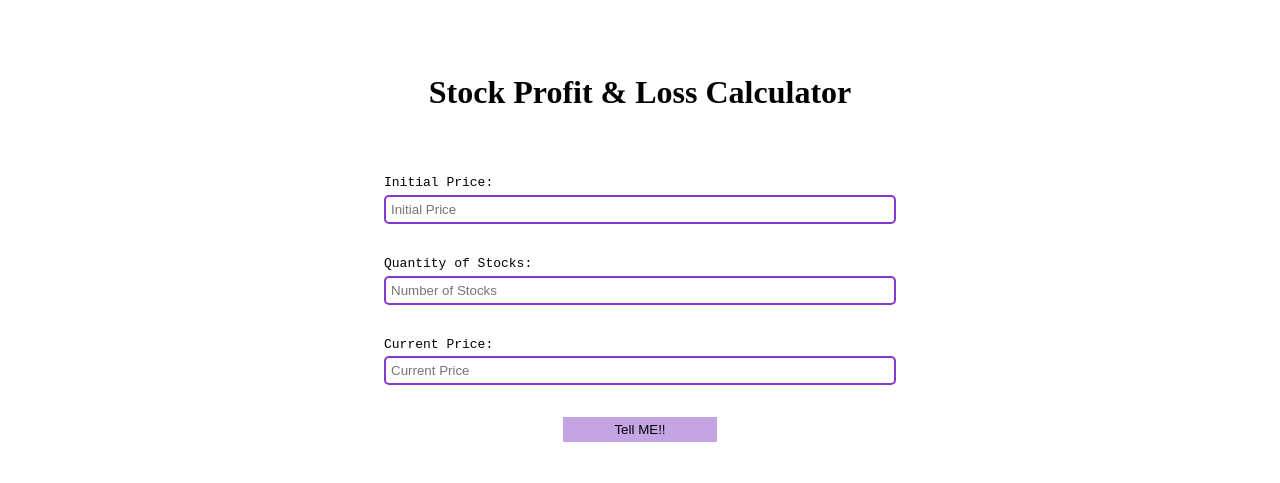
Repository: patelamancode/Stock-P-L-Calculator
Page: index.html
An editor plug-in stored every save of this project. The page is shown before and after the next save, followed by the edit.
The browser window is 1280 px wide. The pictures show the whole page.

Above is the page before, as saved 2022-11-23 18:13:36.

### index.html
<!DOCTYPE html>
<html lang="en">
<head>
    <meta charset="UTF-8">
    <meta http-equiv="X-UA-Compatible" content="IE=edge">
    <meta name="viewport" content="width=device-width, initial-scale=1.0">
    <link rel="stylesheet" href="index.css">
    <title>Stock Profit and Loss Calc</title>
</head>
<body>
    <div id="main-container">
        <h1 class="app-title">Stock Profit & Loss Calculator</h1>
        <label for="initial Price">Initial Price:</label>
        <input type="text" placeholder="Initial Price">
        <label for="number of stock">Quantity of Stocks:</label>
        <input type="text" placeholder="Number of Stocks">
        <label for="current Price">Current Price:</label>
        <input type="text" placeholder="Current Price" >
        <button id="check-btn">Tell ME!!</button>
    </div>
</body>
</html>

### index.css
* {
    margin: 0;
    padding: 0;
  }


  #main-container {
    display: flex;
    flex-direction: column;
    width: 40vw;
    margin: auto;
    margin-top: 2rem;
    padding: 10px;
    text-align: center;
  }

  .app-title {
    margin: 2rem 0;
  }
  label{
    margin-top: 2rem;
    margin-bottom: 0.3rem;
    text-align: left;
    font-family: monospace;
  }
  input{
    border: 2px solid rgb(134, 55, 207);
    border-radius: 5px;
    padding: 5px;
  }
  #check-btn{
    margin: auto;
    text-align: center;
    margin-top: 2rem;
    width: 30%;
    padding: 5px 0px;
    background-color:rgba(143, 82, 201, 0.521);
    border: none;
  }

After the next save:
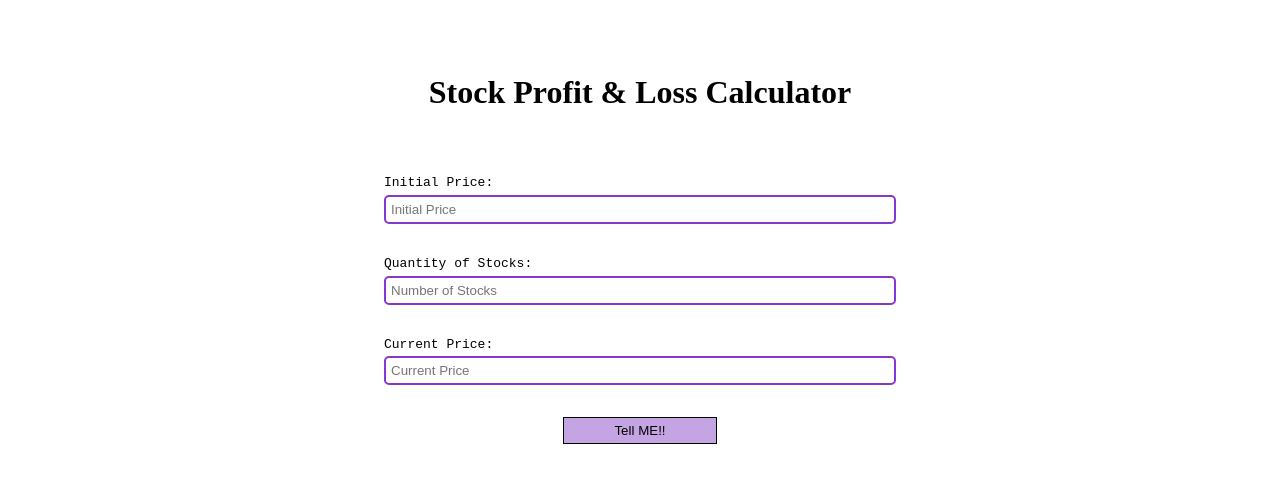
Saved 13 s later.
--- a/index.css
+++ b/index.css
@@ -35,5 +35,5 @@
     width: 30%;
     padding: 5px 0px;
     background-color:rgba(143, 82, 201, 0.521);
-    border: none;
+    border: 1px solid;
   }
